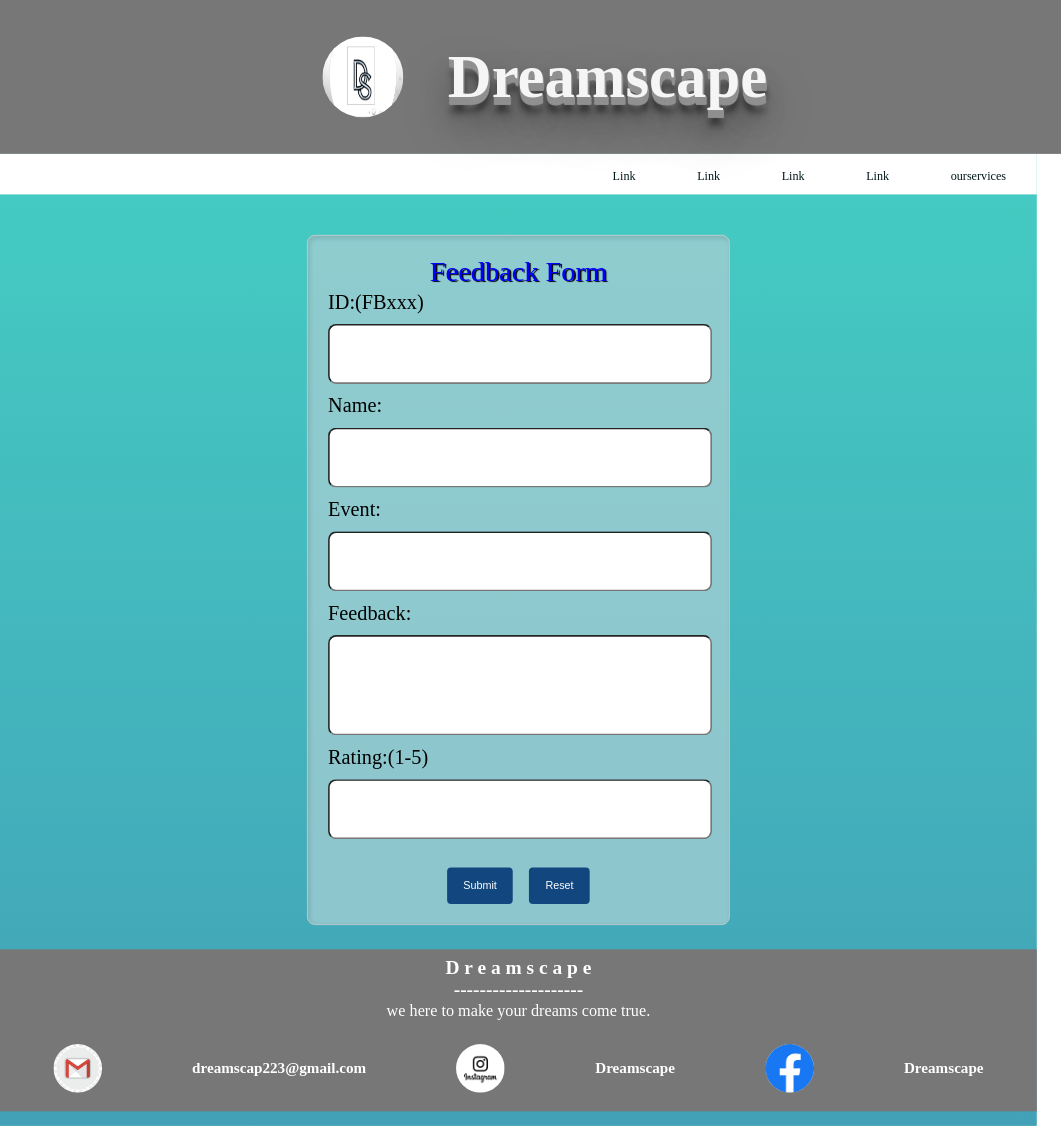
Repository: Dulankayapa/2ndyearoopprojrct
Page: http://localhost/feedback/fform.jsp
These files come from the project's save history. The page is drawn as it stood at one moment and after the next save; the edit follows.
The browser window is 1280 px wide. The page is 1310 px wide, so the pictures cover 1310 px, including what lies to the right of the window. The pictures show the whole page, at 81% of full size.
The page is served by Tomcat 9.

Above is the page before, as saved 2023-10-23 03:30:27.

After the next save:
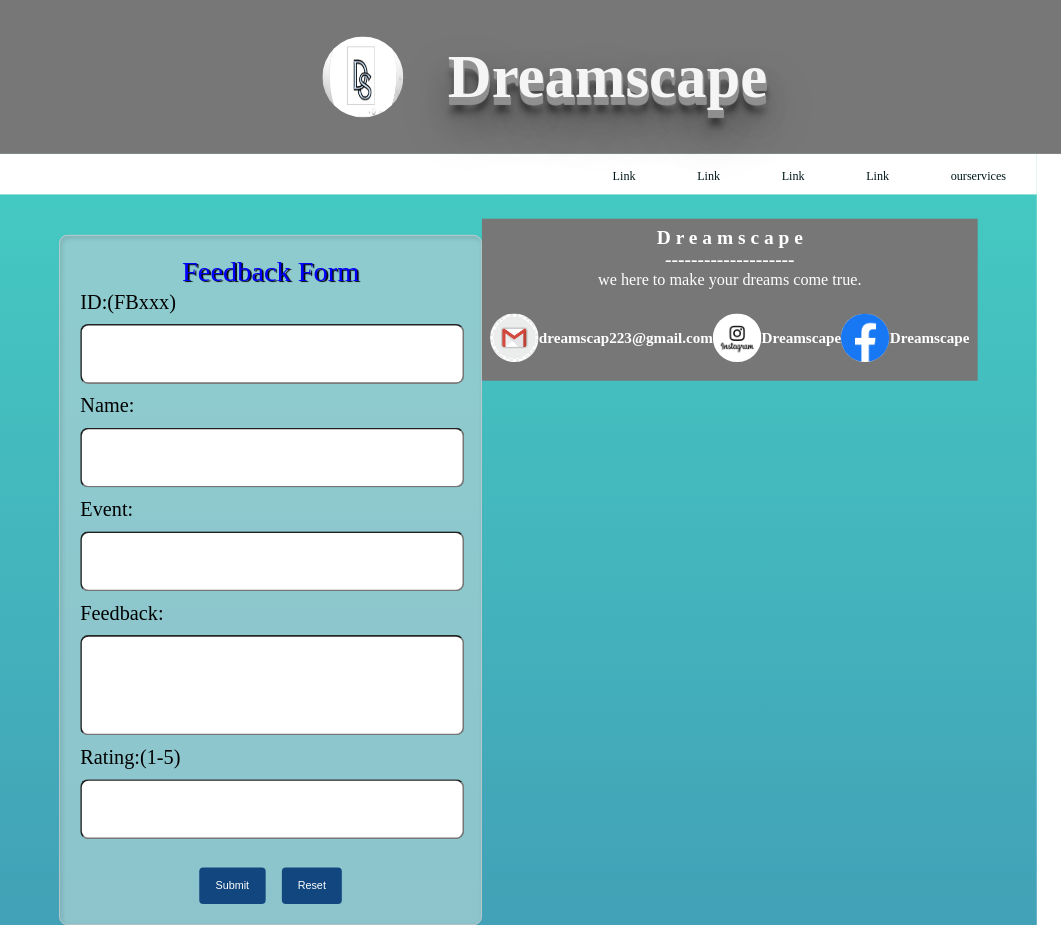
Saved 58 s later.
--- a/feedback/src/main/webapp/fform.jsp
+++ b/feedback/src/main/webapp/fform.jsp
@@ -221,7 +221,7 @@
 				</div>
 			</form>
 		</div>
-	</div>
+
 
 
 	<div>
@@ -242,5 +242,6 @@
 		</footer>
 
 	</div>
+	</div>
 </body>
 </html>

After the save that followed:
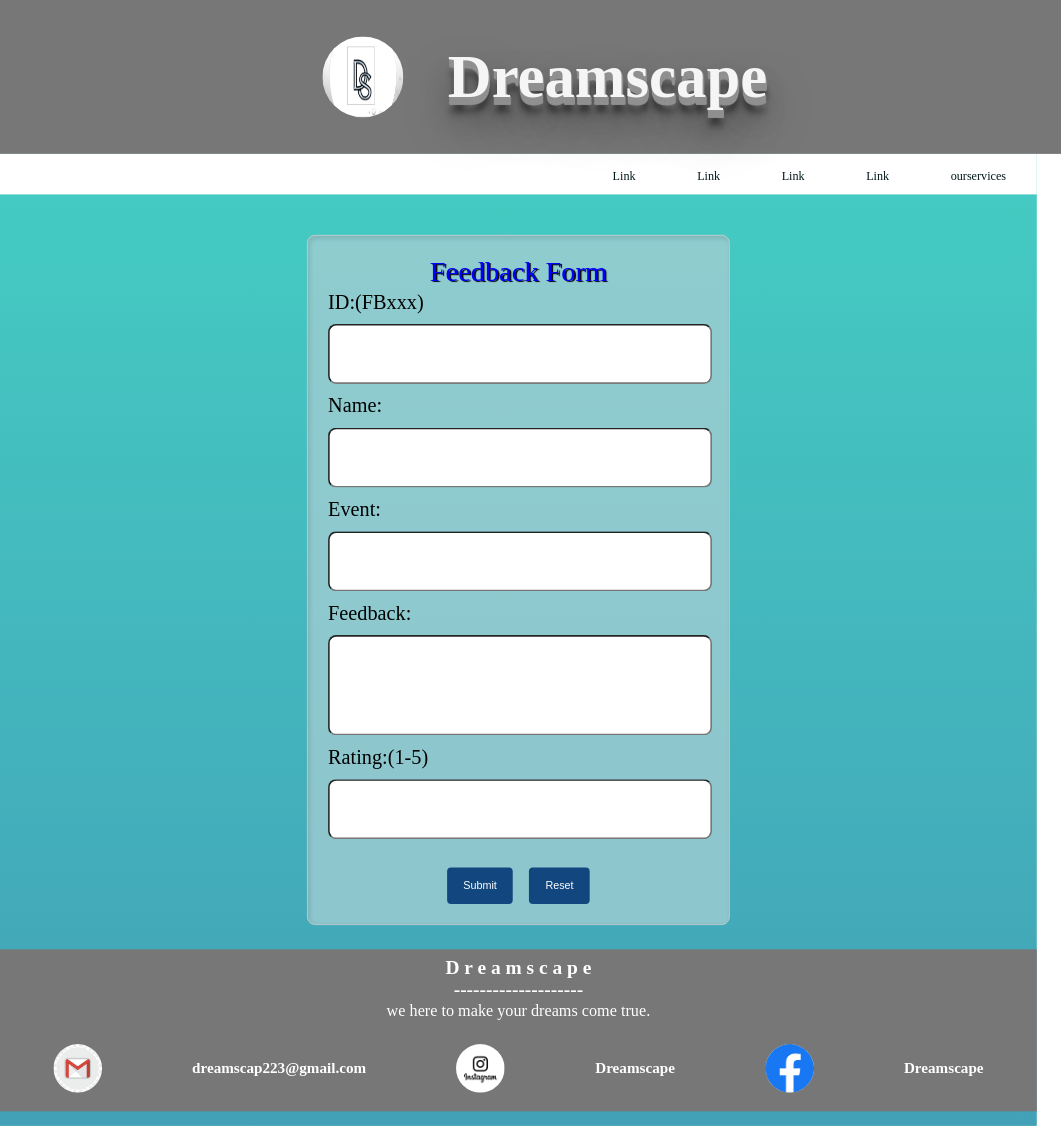
Saved 48 s later.
--- a/feedback/src/main/webapp/fform.jsp
+++ b/feedback/src/main/webapp/fform.jsp
@@ -221,7 +221,7 @@
 				</div>
 			</form>
 		</div>
-
+	</div>
 
 
 	<div>
@@ -242,6 +242,5 @@
 		</footer>
 
 	</div>
-	</div>
 </body>
 </html>
